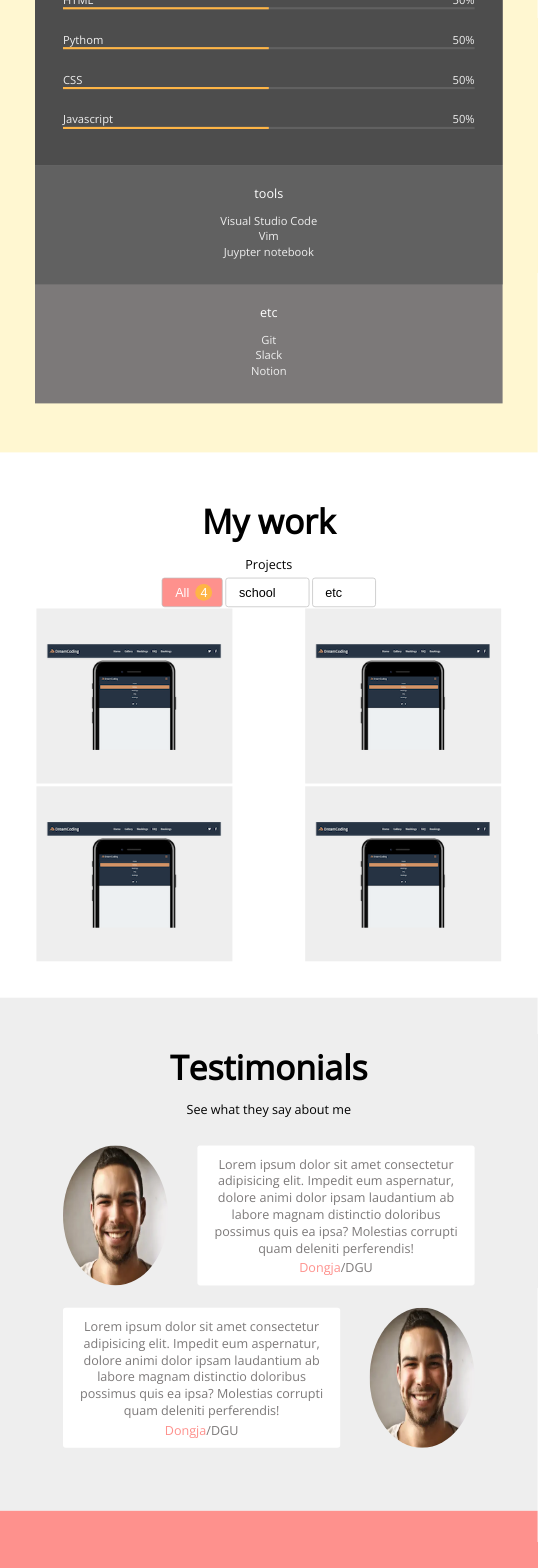
Repository: DongjaJ/portfolio
Page: index.html
The author's editor kept a copy of each file at every save. The page is drawn from the files as they stood at one save, then again after the next save.
The browser window is 768 px wide. The pictures show the part of the page from y = 2516 to 4756 px (the page is 5082 px tall), at 70% of full size.
Some web libraries are served in a nearby version.

Above is the page before, as saved 2022-06-15 22:03:17.

After the next save:
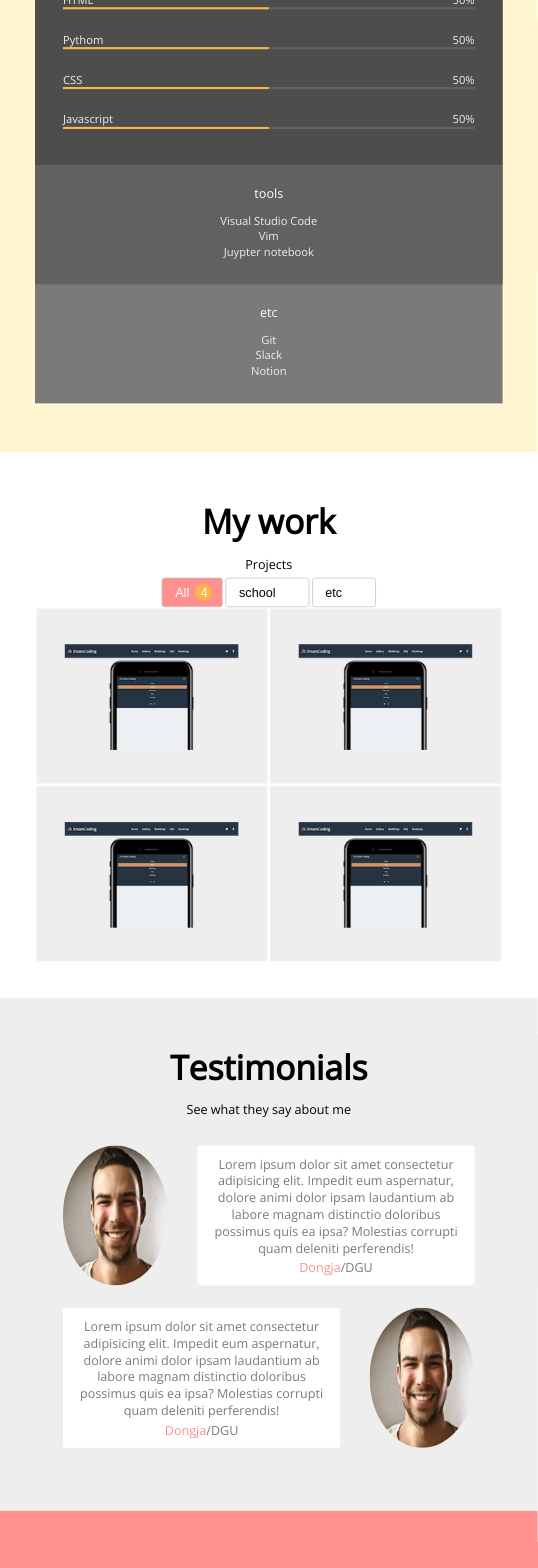
Saved 65 s later.
--- a/style.css
+++ b/style.css
@@ -472,4 +472,8 @@
 	.skillset{
 		flex-direction: column;
 	}
-}
+
+	.project{
+		flex-grow: 1;
+	}
+}
